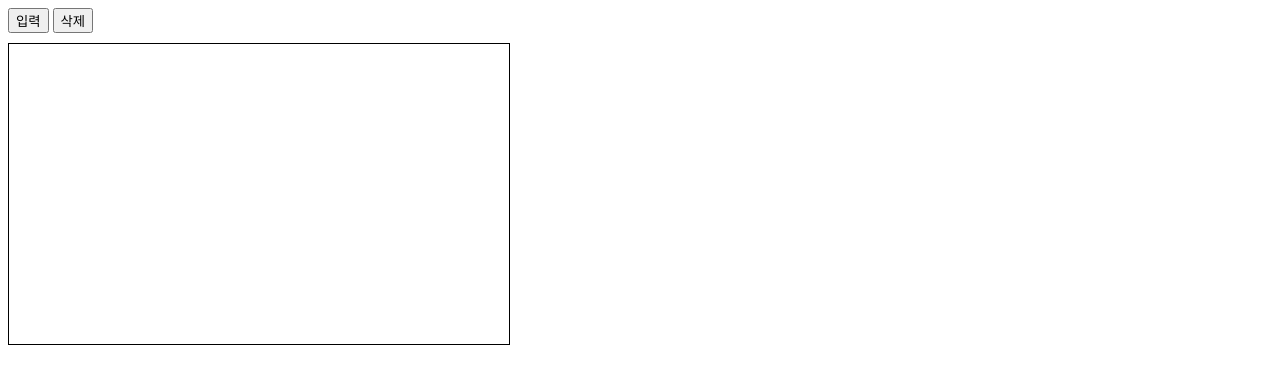
Repository: odasd/Ark-html
Page: 20200414/ex20200414/WebContent/ex04.html
These files come from the project's save history. The page is drawn as it stood at one moment and after the next save; the edit follows.
The browser window is 1280 px wide. The pictures show the whole page.
Empty fields were first filled with sample values (such as "Sample", 5 or name@example.com).
After loading, the first visible `#btndelete` was clicked once.
Some web libraries are served in a nearby version.

Above is the page before, as saved 2020-04-14 13:42:54.

### 20200414/ex20200414/WebContent/ex04.html
<!DOCTYPE html>
<html>
<head>
	<meta charset="UTF-8">
	<title>Insert title here</title>
	<script src="http://code.jquery.com/jquery-1.9.1.js"></script>
	<style>
		#box {width:500px; height:300px; border:1px solid black; margin-top:10px;}
	</style>
</head>
<body>
	<input id="content" type="text" size=53>
	<button id="btninsert">입력</button>
	<button id="btndelete">삭제</button>
	<div id="box"></div>
</body>
<script>
	$("#btninsert").on("click" , function() {
		var content=$("#content").val();
		//alert(content);
		if(content=="") {
			alert("값을 입력하세요!")
			$("#content").focus();
		} else {
		$("#box").append("<h3>" + content + "</h3>");
		$("#content").val("");
		$("#content").focus();
		}
	});

	$("#btndelete").on("click" , function() {
		$("#content").remove();
	});
</script>
</html>

After the next save:
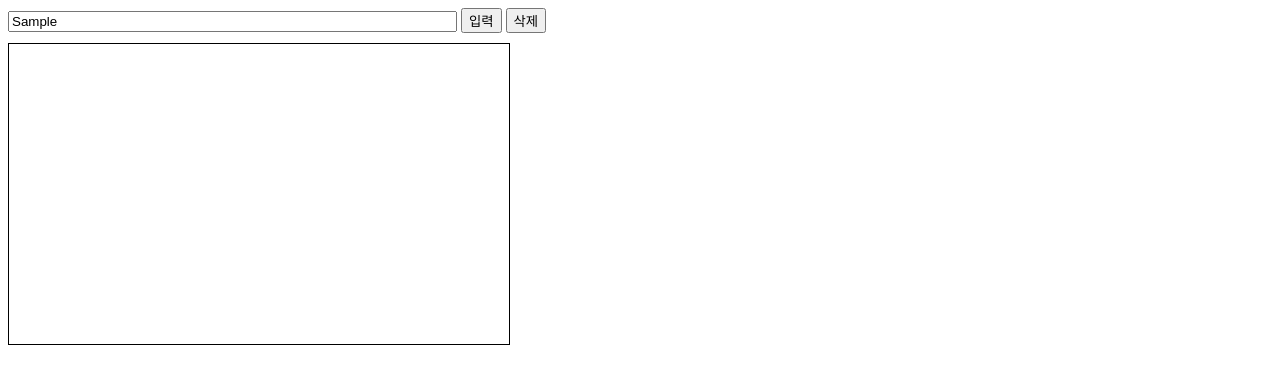
Console error: TypeError: $(...).val.remove is not a function
Saved 2 min 11 s later.
--- a/20200414/ex20200414/WebContent/ex04.html
+++ b/20200414/ex20200414/WebContent/ex04.html
@@ -29,7 +29,7 @@
 	});
 
 	$("#btndelete").on("click" , function() {
-		$("#content").remove();
+		$("#box").val.remove();
 	});
 </script>
 </html>

After the 2 saves that followed:
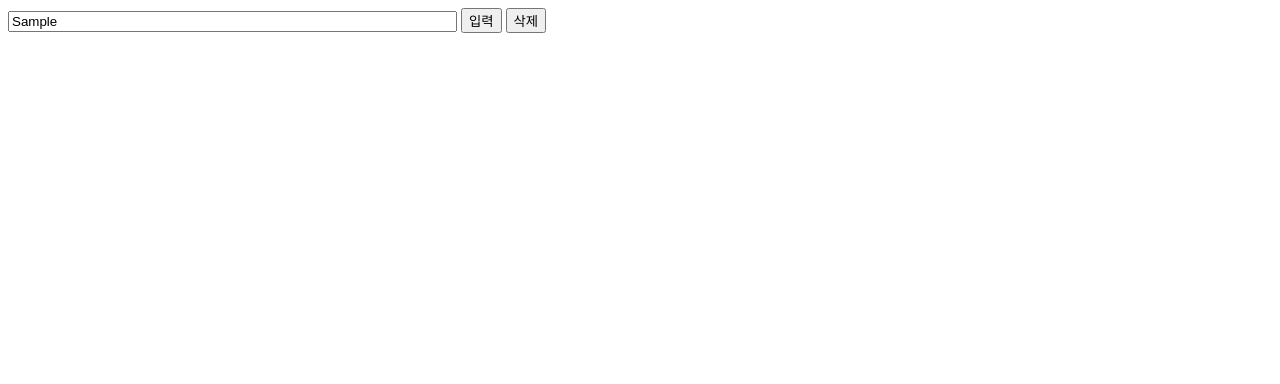
The error is gone.
The 2 saves are shown as one change because 1 left the picture as it was.
The last was saved 23 s later.
--- a/20200414/ex20200414/WebContent/ex04.html
+++ b/20200414/ex20200414/WebContent/ex04.html
@@ -29,7 +29,7 @@
 	});
 
 	$("#btndelete").on("click" , function() {
-		$("#box").val.remove();
+		$("#box").val("").remove();
 	});
 </script>
 </html>
